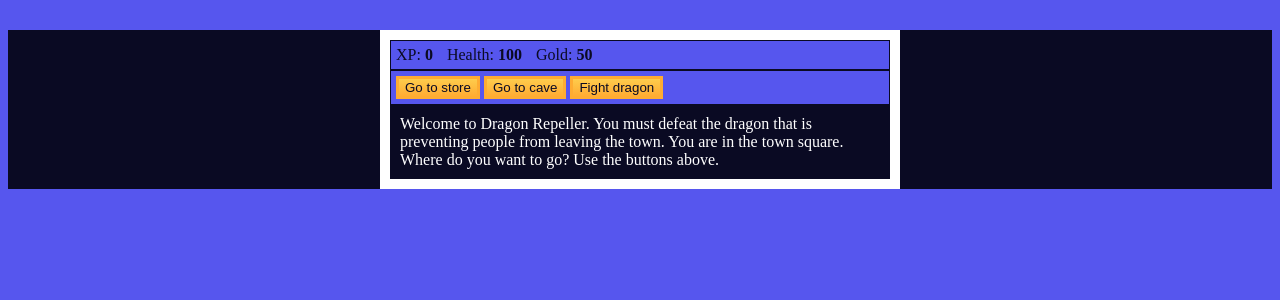
Repository: supakorn5039-boon/RPG-game
Page: index.html
These files come from the project's save history. The page is drawn as it stood at one moment and after the next save; the edit follows.
The browser window is 1280 px wide. The pictures show the whole page.

Above is the page before, as saved 2023-12-26 20:23:25.

After the next save:
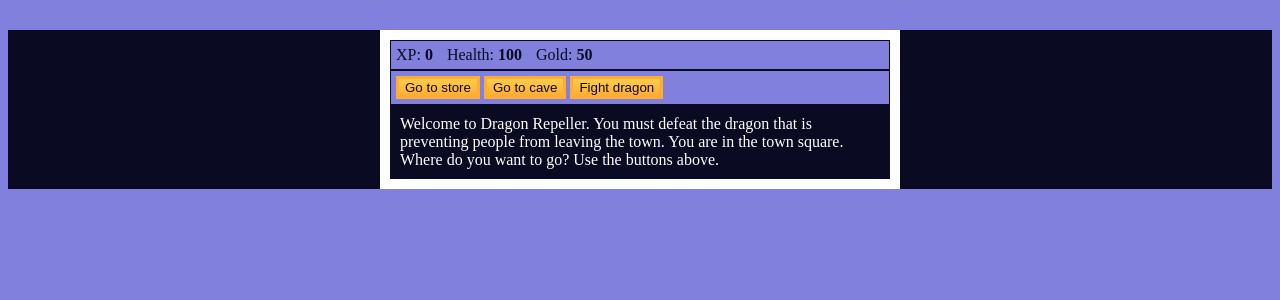
Saved 6 s later.
--- a/styless.css
+++ b/styless.css
@@ -1,5 +1,5 @@
 * {
-  background-color: rgb(86, 86, 238);
+  background-color: rgb(129, 129, 221);
 }
 
 body {
